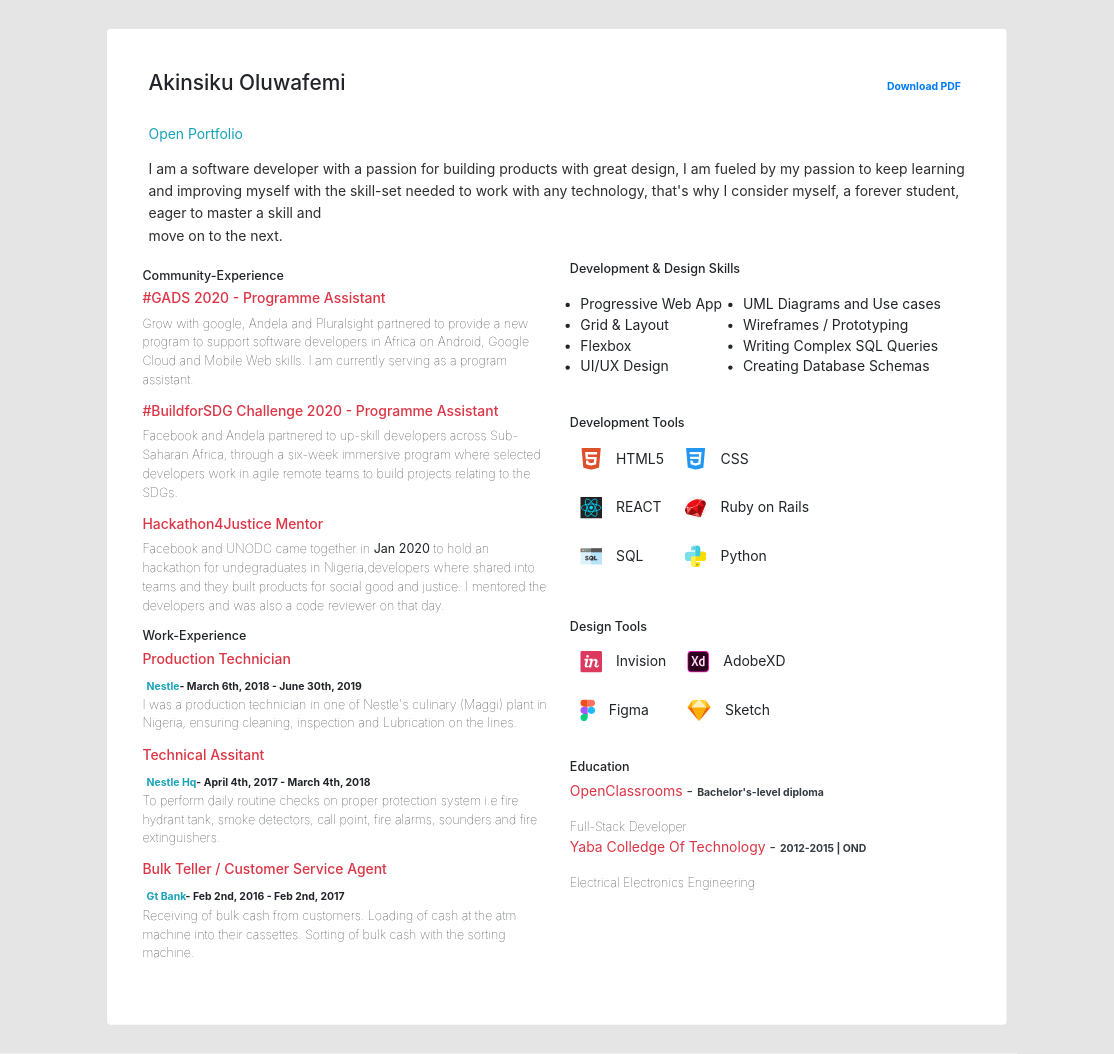
Repository: akinsikuoluwafemi/resume
Page: index.html
An editor plug-in stored every save of this project. The page is shown before and after the next save, followed by the edit.
The browser window is 1280 px wide. The pictures show the whole page, at 87% of full size.
The style sheet was rebuilt from its Sass, Less or Tailwind sources for each picture, by a compiler version that may differ from the author's.

Above is the page before, as saved 2020-08-03 19:46:02.

### index.html
<!DOCTYPE html>
<html lang="en">

<head>
    <meta charset="UTF-8">
    <meta name="viewport" content="width=device-width, initial-scale=1.0">
    <meta http-equiv="X-UA-Compatible" content="ie=edge">
    <link rel="shortcut icon" type="image/png" href="./images/new-photo.png">

    <link rel="stylesheet" href="https://stackpath.bootstrapcdn.com/bootstrap/4.3.1/css/bootstrap.min.css" integrity="sha384-ggOyR0iXCbMQv3Xipma34MD+dH/1fQ784/j6cY/iJTQUOhcWr7x9JvoRxT2MZw1T"
        crossorigin="anonymous" />
    <link rel="stylesheet" href="./resume.css">

    <title>Akinsiku Oluwafemi - Software Developer</title>
</head>

<body>

   <div class="col-sm-12 col-lg-10 m-auto">
       <!--  -->
        <div class="p-c container border px-3 py-4 px-lg-5 py-lg-5 ">
            <header class="row">
                <div class="col d-flex align-items-center">
                    <h4 class="header__name mr-auto">Akinsiku Oluwafemi</h4>
                    <a href="./images/newresume.pdf" download="Femi_Akinsiku_resume.pdf" class="badge">Download PDF</a>
                </div>
            </header>
            <div class="row mt-4">
                <a href="https://femiakin.com/" target="_blank" class="col text-info">Open Portfolio</a>
            </div>

            <div class="row mt-3">
                <div class="col">
                    <p class="intro">I am a software developer with a passion for building products with great design, I am
                        fueled by my passion to keep learning and improving myself with the skill-set needed to work with
                        any
                        technology,
                        that's why I consider myself, a forever student, eager to master a skill and <br /> move on to the
                        next. </p>
                </div>
            </div>


            <div class="row">

                <div class="col col-lg-6 p-2  ">
                    <div>
                        <h5 class="item__header">Community-Experience</h5>

                        <h6 class="item__job text-danger">#GADS 2020 - Programme Assistant </h6>
                        <p class="item__description">Grow with google, Andela and Pluralsight partnered to provide a new
                            program to support
                            software developers in Africa on Android, Google Cloud and Mobile Web skills. I am currently
                            serving as a
                            program assistant.</p>

                    </div>

                    <div>



                        <h6 class="item__job text-danger">#BuildforSDG Challenge 2020 - Programme Assistant </h6>


                        <p class="item__description">Facebook and Andela partnered to up-skill developers across
                            Sub-Saharan
                            Africa,
                            through a six-week immersive program where selected developers work in agile remote
                            teams to build projects relating to the SDGs.
                        </p>

                    </div>

                    <div>
                        <h6 class="item__job text-danger">Hackathon4Justice Mentor</h6>
                        <p class="item__description">Facebook and UNODC came together in <strong>Jan 2020</strong> to hold
                            an
                            hackathon for
                            undegraduates in Nigeria,developers where shared into teams and they built products for social
                            good
                            and justice. I mentored the developers and was
                            also a code reviewer on that day.
                        </p>
                    </div>


                    <!-- here -->
                    <div>
                        <h5 class="item__header">Work-Experience</h5>
                        <h6 class="item__job text-danger">Production Technician</h6>
                        <span class="badge"><span class="text-info">Nestle</span>- March 6th, 2018 - June 30th, 2019 </span>
                        <p class="item__description">I was a production technician in one of Nestle's culinary (Maggi)
                            plant in
                            Nigeria,
                            ensuring cleaning, inspection and Lubrication on the lines.</p>

                    </div>
                    <div>
                        <h6 class="item__job text-danger">Technical Assitant</h6>
                        <span class="badge"><span class="text-info">Nestle Hq</span>- April 4th, 2017 - March 4th, 2018</span>
                        <p class="item__description">To perform daily routine checks on proper protection system i.e fire
                            hydrant tank,
                            smoke detectors, call point, fire
                            alarms, sounders and fire extinguishers.
                        </p>

                    </div>
                    <div>
                        <h6 class="item__job text-danger">Bulk Teller / Customer Service Agent</h6>
                        <span class="badge"><span class="text-info">Gt Bank</span>- Feb 2nd, 2016 - Feb 2nd, 2017 </span>
                        <p class="item__description">Receiving of bulk cash from customers.
                            Loading of cash at the atm machine into their cassettes.
                            Sorting of bulk cash with the sorting machine.</p>

                    </div>
                    <!-- here2 -->


                </div>
                <div class="col col-lg-6 ">

                    <div>
                        <h5 class="item__header ">Development & Design Skills</h5>
                        <div class="d-flex ">
                            <ul class="list__item">
                                <li>Progressive Web App</li>
                                <li>Grid & Layout</li>
                                <li>Flexbox</li>
                                <li>UI/UX Design</li>


                            </ul>
                            <ul class="list__item">
                                <li>UML Diagrams and Use cases</li>
                                <li>Wireframes / Prototyping</li>
                                <li>Writing Complex SQL Queries</li>
                                <li>Creating Database Schemas</li>



                            </ul>
                        </div>


                    </div>

                    <div class="item__container">
                        <h5 class="item__header">Development Tools</h5>
                        <div class="d-flex ">
                            <ul class="list__item">
                                <div class="d-flex  mb-3">
                                    <img src="./images/html5.svg" />
                                    <p class="ml-3">HTML5</p>
                                </div>
                                <div class="d-flex  mb-3">
                                    <img src="./images/react-1.svg" />
                                    <p class="ml-3">REACT</p>
                                </div>
                                <div class="d-flex ">
                                    <img src="./images/sql.svg" />
                                    <p class="ml-3">SQL</p>
                                </div>

                            </ul>
                            <ul class="list__item ">
                                <div class="d-flex  mb-3">
                                    <img src="./images/css-3.svg" />
                                    <p class="ml-3">CSS</p>
                                </div>
                                <div class="d-flex  mb-3">
                                    <img src="./images/ruby.svg" />
                                    <p class="ml-3">Ruby on Rails</p>
                                </div>
                                <div class="d-flex ">
                                    <img src="./images/python.svg" />
                                    <p class="ml-3">Python</p>
                                </div>


                            </ul>
                        </div>


                    </div>

                    <!-- here -->

                    <div class="item__contain">
                        <h5 class="item__header">Design Tools</h5>
                        <div class="d-flex ">
                            <ul class="list__item">
                                <div class="d-flex mb-3">
                                    <img src="./images/invision.svg" />
                                    <p class="ml-3">Invision</p>
                                </div>
                                <div class="d-flex ">
                                    <img src="./images/figma-1.svg" />
                                    <p class="ml-3">Figma</p>
                                </div>

                            </ul>
                            <ul class="list__item ">
                                <div class="d-flex  mb-3 ">
                                    <img src="./images/adobe-xd-1.svg" />
                                    <p class="ml-3">AdobeXD</p>
                                </div>
                                <div class="d-flex ">
                                    <img src="./images/sketch-2.svg" />
                                    <p class="ml-3">Sketch</p>
                                </div>


                            </ul>
                        </div>


                    </div>
                    <div class="edu">
                        <h5 class="item__header">Education</h5>
                        <p paragraph><a href="https://www.francecompetences.fr/recherche/rncp/27099/" class="text-danger text-info">OpenClassrooms
                            <span class="text-dark">-</span><span class="badge text-dark">Bachelor's-level diploma</span></a></p>

                        <span class="item__description "><a style="color: #212529" href="https://openclassrooms.com/en/paths/104-full-stack-developer">Full-Stack Developer</a></span>

                        <p class="text-danger paragraph pt-2">Yaba Colledge Of Technology <span class="text-dark">-</span><span class="badge text-dark">2012-2015
                                | OND</span></p>
                        <span class="item__description ">Electrical Electronics Engineering</span>


                    </div>



                </div>

            </div>


        </div>

        <!--  -->
   </div>










    <script src="https://code.jquery.com/jquery-3.3.1.slim.min.js" integrity="sha384-q8i/X+965DzO0rT7abK41JStQIAqVgRVzpbzo5smXKp4YfRvH+8abtTE1Pi6jizo"
        crossorigin="anonymous"></script>
    <script src="https://cdnjs.cloudflare.com/ajax/libs/popper.js/1.14.7/umd/popper.min.js" integrity="sha384-UO2eT0CpHqdSJQ6hJty5KVphtPhzWj9WO1clHTMGa3JDZwrnQq4sF86dIHNDz0W1"
        crossorigin="anonymous"></script>
    <script src="https://stackpath.bootstrapcdn.com/bootstrap/4.3.1/js/bootstrap.min.js" integrity="sha384-JjSmVgyd0p3pXB1rRibZUAYoIIy6OrQ6VrjIEaFf/nJGzIxFDsf4x0xIM+B07jRM"
        crossorigin="anonymous"></script>
</body>

</html>

### resume.scss


body {
    background-color: #E5E5E5;

    -webkit-font-smoothing: antialiased;
  -moz-osx-font-smoothing: grayscale;
}

.container {
    margin: 2rem auto;
    background-color: white;
    border-radius: .3rem;
}

.intro {
    font-size: 1rem;
    color: rgba(0,0,0,0.82);
    line-height: 1.6rem;
}


.text-info:hover{
    text-decoration: none;
}

img {
    height: 25px;
}



.item {

     &__contain {
        margin-bottom: 0rem;
        // background: red;
    }

    &__container {
        margin: 1rem 0!important;
    }

    &__dev {
         font-size: .9rem;
        margin-bottom: 1rem;
    }

    &__header {
        font-size: .9rem;
        margin-bottom: .5rem;
    }

    &__description {
        font-weight: 100;
        font-size: .9rem;
    }

}


.list__item {
    padding: 12px;
}

@media (max-width: 576px) {
    br {
        display: none;
    }
 }

 .paragraph {
   padding: 0!important;
 }

After the next save:
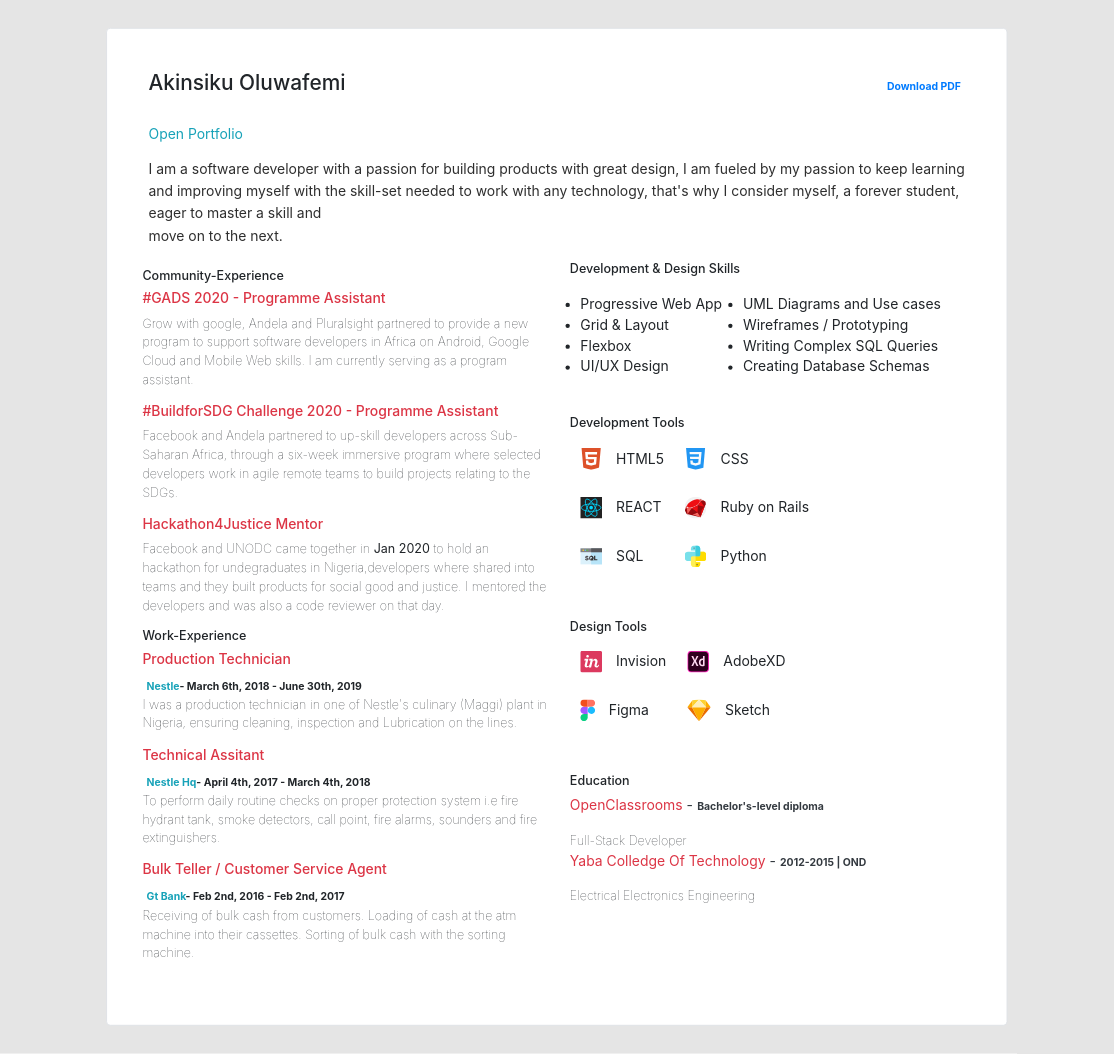
Saved 7 s later.
--- a/resume.scss
+++ b/resume.scss
@@ -33,7 +33,7 @@
 .item {
 
      &__contain {
-        margin-bottom: 0rem;
+        margin-bottom: 1rem;
         // background: red;
     }
 
